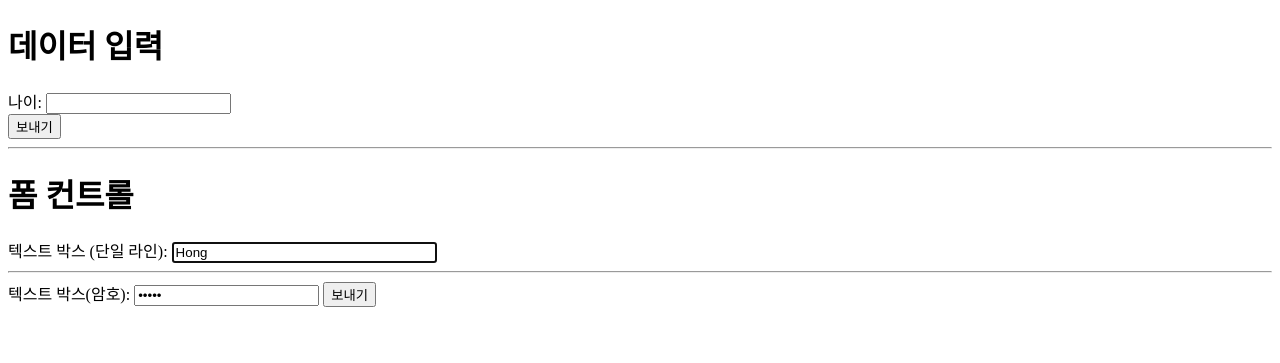
Repository: seula123/Front-End
Page: ClientTest/src/main/webapp/html/ex18_form.html
An editor plug-in stored every save of this project. The page is shown before and after the next save, followed by the edit.
The browser window is 1280 px wide. The pictures show the whole page.

Above is the page before, as saved 2023-09-21 06:29:12.

### ClientTest/src/main/webapp/html/ex18_form.html
<!DOCTYPE html>
<html>
<head>
<meta charset="UTF-8">
<title>Insert title here</title>
</head>
<body>


	<!-- ex18_form.html -->

	<!--

		폼,form
		- 입력 양식, 입력 컨트롤
		- 클라이언트(사용자)로부터 입력장치(키보드, 마우스, 터치 등)을 통해서 데이터를 입력받는 역할
		- 입력 데이터> 서버로 전송 > 업무 활용 or 데이터 베이스 저장 등..
		ex) 텍스트 박스, 버튼, 체크 박스, 라디오 버튼 등..
		- <form> + <form>의 자식 태그들..



		<form>
		- 모든 입력 컨트롤을 감싸는 컨테이너
		- 스스로는 랜더링 결과가 없다. (출력되지않는다)
		- 입력한 값을 서버로 전송하는 역할(********)


		form.method
		- 데이터를 전송하는 방식
		- 택배(일반 우편| 등기 우편)
		1. POST
			- ex18_Server.jsp
			- 데이터를 상자안에 담아서 전송
			- 데이터가 노출x > 보안 o
			- 전송하는 데이터의 최대 길이 제한 > 무제한

		2. GET
			- -ex198_server.jsp?age=20
			- 데이터를 송장에 붙여서 전송
			- 전송되는 데이터가 노출(주소창)> 보안 x
			- 전송하는 데이터의 최대 길이 제한 > 256자 > 8000자 바이트
			- 긴 데이터는 전송 x

		form.action
		- 데이터를 수신하는 서버측 URL
		- 받는 사람 주소
		- 서버측 동작하고 있는 프로그램 주소 > JSP, Servlet, Spring 주소

	 -->

	 <h1> 데이터 입력</h1>

	 <form method="GET" action="ex18_server.jsp">


	 	나이: <input type = "text" name = "age">
	 	<br>
	 	<input type = "submit" value = "보내기">
	 </form>



	 <hr>

	 <h1> 폼 컨트롤 </h1>




	 <form method="get" action="ex18_server.jsp">

	 	<!--
	 		<input>
	 		- 인라인 태그
	 		- 단독 태그
	 		- input.type: 입력 컨트롤 종류 지정
	 		- input.name : 식별자
	 		- input.id : 식별자. CSS,JavaScript에서 사용
	 		- input.class : 식별자. CSS,JavaScript에서 사용
	 		- input.size: 길이(문자 개수)
	 		- input.maxlength: 최대 입력 길이(글자수)
	 		- input.readonly: 읽기 전용(전원 on)
	 		- input.disabled: 비활성화	(전원 off)
	 		- input.accesskey: 바로가기(Alt+조합ㄱ키)
            - input.autofocus: 자동 포커스
            - input.autocomplete : 자동 완성 끄기


	 	 -->

	 	텍스트 박스 (단일 라인):
	 	<input type = "text" name="txt1" id="txt1" class="txt" size = "30" value="Hong
	 	" accesskey="s" autofocus autocomplete="off">

	 	<hr>

	 	<!--

	 		암호 상자, Password Box, Masked Text Box
	 		- 모든 속성이 텍스트 박스와 동일

	 	 -->
	 	 텍스트 박스(암호):
	 	 <input type = "password" value ="12345">




	 	<input type = "submit" value ="보내기">




	 </form>
</body>

</html>

After the next save:
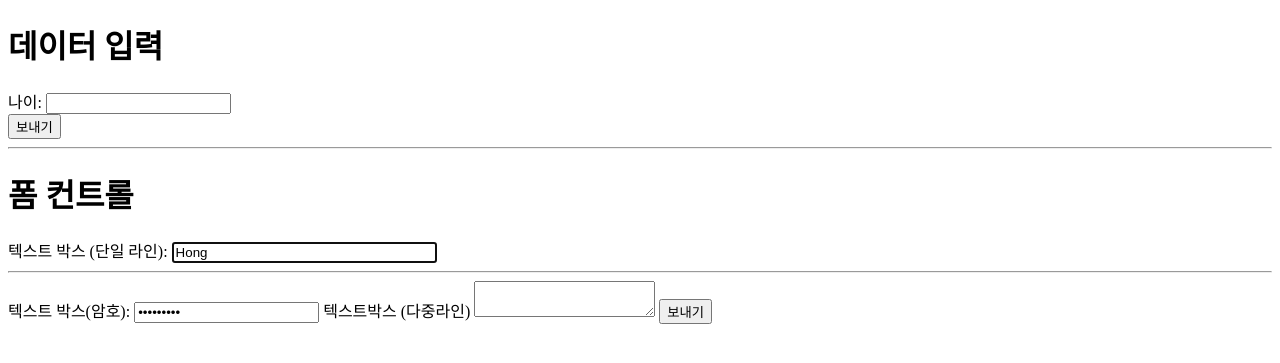
Saved 4 min 45 s later.
--- a/ClientTest/src/main/webapp/html/ex18_form.html
+++ b/ClientTest/src/main/webapp/html/ex18_form.html
@@ -102,10 +102,20 @@
 
 	 	 -->
 	 	 텍스트 박스(암호):
-	 	 <input type = "password" value ="12345">
+	 	 <input type = "password" value ="12345
+	 	 ">
 
+	 	<!-- 텍스트 박스 (다중라인
+	 		<textarea>
+	 		- 쌍태그
+	 		- 대부분의 속성은 텍스트 박스
+	 		- maxlength 속성이 없다. > 많은 양의 텍스트를 입력받는 컨트롤
+	 		- value 속성이 없다.
 
+	 	-->
 
+	 	 텍스트박스 (다중라인)
+		 <textarea></textarea>
 
 	 	<input type = "submit" value ="보내기">
 
